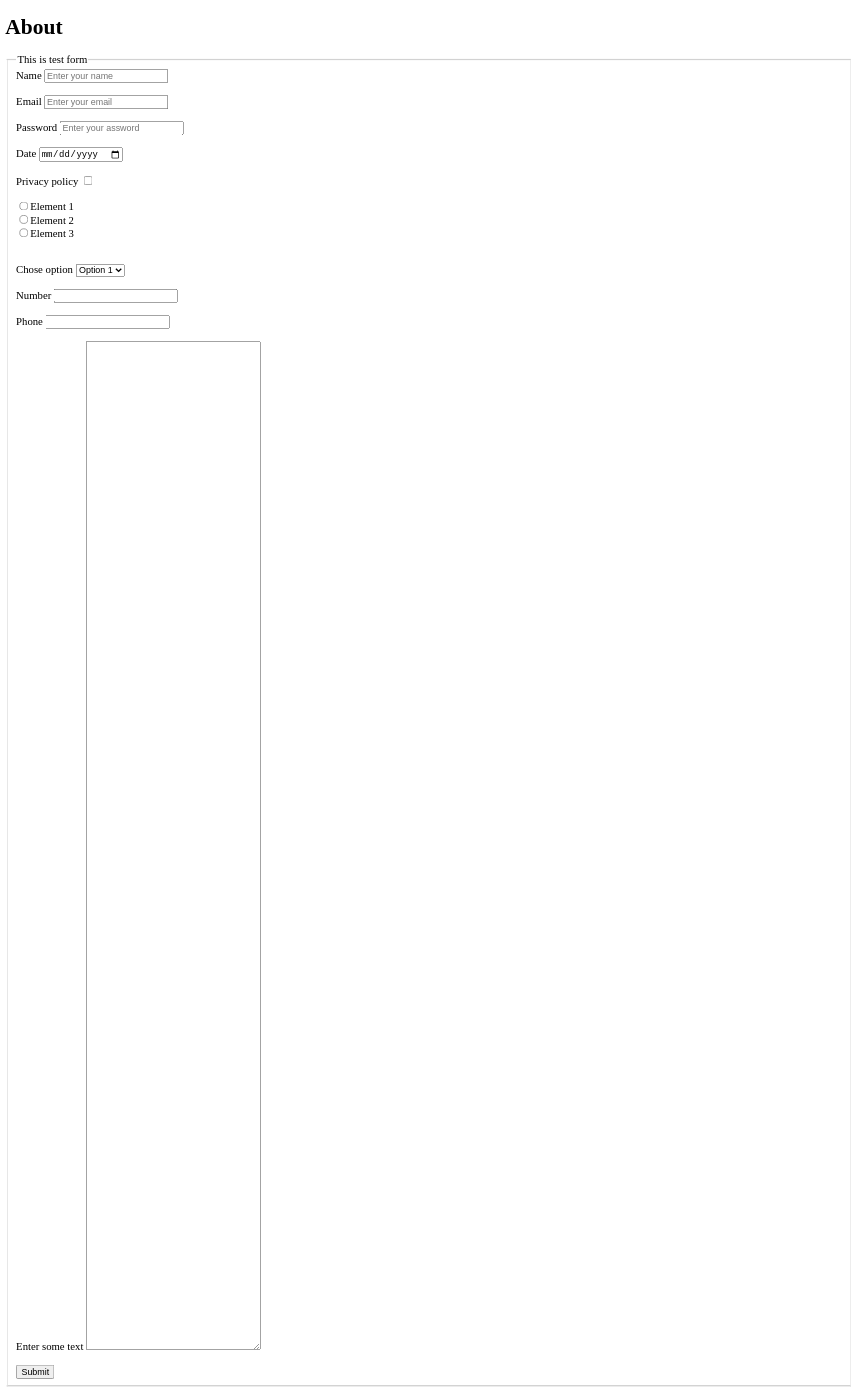
Repository: fisikusari/test-repo
Page: about.html
The author's editor kept a copy of each file at every save. The page is drawn from the files as they stood at one save, then again after a run of saves.
The browser window is 1280 px wide. The pictures show the whole page, at 67% of full size.

Above is the page before, as saved 2021-11-11 19:47:48.

After the next 2 saves:
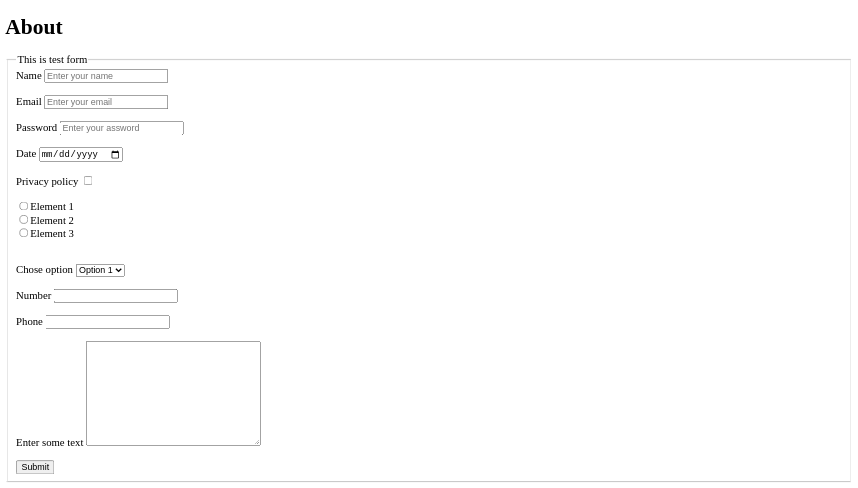
The 2 saves are shown as one change because they came seconds apart.
The last was saved 17 s later.
--- a/about.html
+++ b/about.html
@@ -44,7 +44,7 @@
       <label for="tel">Phone</label>
       <input type="tel" name="tel" id="tel"><br><br>
       <label for="textarea">Enter some text</label>
-      <textarea name="" id="" cols="30" rows="100"></textarea> <br><br>
+      <textarea name="" id="" cols="30" rows="10"></textarea> <br><br>
       <input type="submit" value="Submit">
     </fieldset>
     <!--Fieldset Ends here-->
